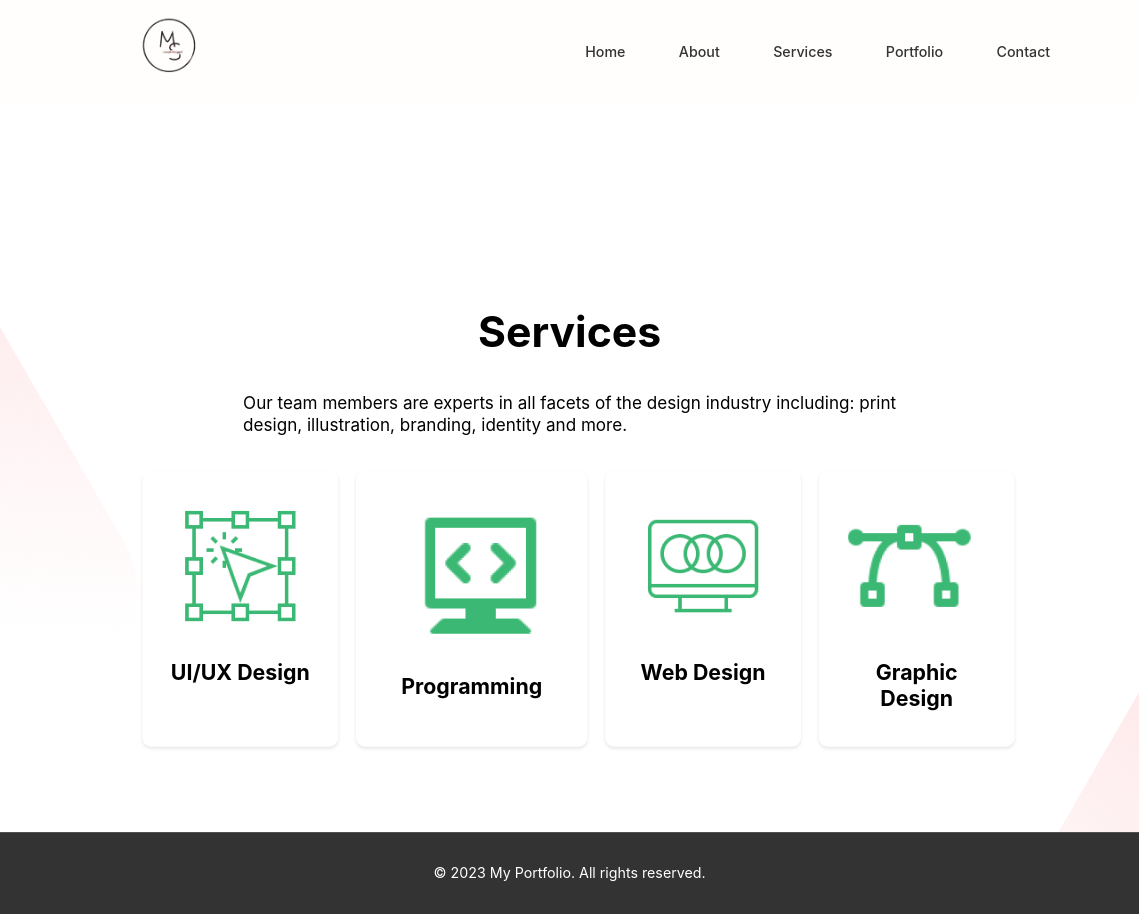
Repository: MEROO1010/Portfolio_00
Page: /services (app in portfolio_00/)
An editor plug-in stored every save of this project. The page is shown before and after the next save, followed by the edit.
The browser window is 1280 px wide. The pictures show the whole page, at 89% of full size.
The project was rebuilt for these pictures with package versions that can differ from the ones it lists, and the page was loaded fresh each time. Also part of the build but not shown: portfolio_00/src/components/Home.jsx, portfolio_00/src/components/About.jsx, portfolio_00/src/components/Portfolio.jsx, portfolio_00/src/components/Contact.jsx.

Above is the page before, as saved 2024-11-18 13:05:30.

### portfolio_00/src/App.jsx
import React from 'react';
import { BrowserRouter, Route, Routes } from 'react-router-dom';
import Header from './components/Header';
import Home from './components/Home';
import About from './components/About';
import Services from './components/Services';
import Portfolio from './components/Portfolio';
import Contact from './components/Contact';
import Footer from './components/Footer';
// import GlobalStyle from './styles/global';

const App = () => {
  return (
    <BrowserRouter>
    <Header />
    <Routes>
      <Route path="/"  element={<Home />} />
      <Route path="/about"  element={<About />} />
      <Route path="/services" element={<Services  />} />

      <Route path="/portfolio" element={<Portfolio />} />
      <Route path="/contact" element={<Contact />} />
    </Routes>

    <Footer />
  </BrowserRouter>
  );
};

export default App;

### portfolio_00/src/features/counter/counterSlice.js
import { createAsyncThunk, createSlice } from '@reduxjs/toolkit';
import { fetchCount } from './counterAPI';

const initialState = {
  value: 0,
  status: 'idle',
};

// The function below is called a thunk and allows us to perform async logic. It
// can be dispatched like a regular action: `dispatch(incrementAsync(10))`. This
// will call the thunk with the `dispatch` function as the first argument. Async
// code can then be executed and other actions can be dispatched. Thunks are
// typically used to make async requests.
export const incrementAsync = createAsyncThunk(
  'counter/fetchCount',
  async (amount) => {
    const response = await fetchCount(amount);
    // The value we return becomes the `fulfilled` action payload
    return response.data;
  }
);

export const counterSlice = createSlice({
  name: 'counter',
  initialState,
  // The `reducers` field lets us define reducers and generate associated actions
  reducers: {
    increment: (state) => {
      // Redux Toolkit allows us to write "mutating" logic in reducers. It
      // doesn't actually mutate the state because it uses the Immer library,
      // which detects changes to a "draft state" and produces a brand new
      // immutable state based off those changes
      state.value += 1;
    },
    decrement: (state) => {
      state.value -= 1;
    },
    // Use the PayloadAction type to declare the contents of `action.payload`
    incrementByAmount: (state, action) => {
      state.value += action.payload;
    },
  },
  // The `extraReducers` field lets the slice handle actions defined elsewhere,
  // including actions generated by createAsyncThunk or in other slices.
  extraReducers: (builder) => {
    builder
      .addCase(incrementAsync.pending, (state) => {
        state.status = 'loading';
      })
      .addCase(incrementAsync.fulfilled, (state, action) => {
        state.status = 'idle';
        state.value += action.payload;
      });
  },
});

export const { increment, decrement, incrementByAmount } = counterSlice.actions;

// The function below is called a selector and allows us to select a value from
// the state. Selectors can also be defined inline where they're used instead of
// in the slice file. For example: `useSelector((state: RootState) => state.counter.value)`
export const selectCount = (state) => state.counter.value;

// We can also write thunks by hand, which may contain both sync and async logic.
// Here's an example of conditionally dispatching actions based on current state.
export const incrementIfOdd = (amount) => (dispatch, getState) => {
  const currentValue = selectCount(getState());
  if (currentValue % 2 === 1) {
    dispatch(incrementByAmount(amount));
  }
};

export default counterSlice.reducer;

### portfolio_00/src/components/Header.jsx
import React from 'react';
import styled from 'styled-components';
import { Link } from 'react-router-dom';
import ImageLogo from '../assets/white_logo.png';

const HeaderContainer = styled.header`
  background-color: #FFFEFD;
  padding: 10px 100px;
  display: flex;
  justify-content: space-between;
  align-items: center;
`;

const Logo = styled.h1`
  margin:4px;
  padding-left:40px;
`;

const NavLinks = styled .nav`
  display: flex;
  gap: 60px;
`;

const NavLink = styled(Link)`
  text-decoration: none;
  color: #333;
  font-weight: 500;

  &:hover {
    color: #3BB873;
  }
`;

const Header = () => {
  return (
    <HeaderContainer>
      <Logo><img src={ImageLogo} alt="Description of image" /></Logo>
      <NavLinks>
        <NavLink to="/">Home</NavLink>
        <NavLink to="/about">About</NavLink>
        <NavLink to="/services">Services</NavLink>
        <NavLink to="/portfolio">Portfolio</NavLink>
        <NavLink to="/contact">Contact</NavLink>
      </NavLinks>
    </HeaderContainer>
  );
};

export default Header;

### portfolio_00/src/components/Services.jsx
import React from "react";
import styled from "styled-components";
import UI_UX from "../assets/UI_UX.png";
import programming from "../assets/Programming.png";
import webdesign from "../assets/web_design.png";
import graphic_design from "../assets/graphic_design.png";
import bg3 from "../assets/background3.png";

const Container = styled.div`
  display: flex;
  justify-content: center;
  align-items: center;
  flex-direction: column;
  margin-top: 100px;
  background-image: url(${bg3});
  background-position: center;
  background-size:cover;
  height: 100vh;
`;

const Title = styled.h1`
  font-size: 3rem;
  font-weight: bold;
  margin-bottom: 20px;
`;

const Subtitle = styled.p`
  font-size: 1.2rem;
  margin-bottom: 40px;
`;

const ServicesContainer = styled.div`
  display: flex;
  justify-content: space-between;
  width: 80%;
  max-width: 1000px;
  margin: 0 auto;
`;

const ServiceCard = styled.div`
  background-color: white;
  border-radius: 10px;
  padding: 30px;
  box-shadow: 0 2px 4px rgba(0, 0, 0, 0.1);
  text-align: center;
  width: 200px;
  margin-left:20px;
`;



const ServiceTitle = styled.h3`
  font-size: 1.5rem;
  font-weight: bold;
  margin-bottom: 10px;
`;

const Services = () => {
  return (
    <Container>
      <Title>Services</Title>
      <Subtitle>
        Our team members are experts in all facets of the design industry
        including: print<br/> design, illustration, branding, identity and more.
      </Subtitle>
      <ServicesContainer>
        <ServiceCard>
          <img src={UI_UX} alt="" />
          <ServiceTitle>UI/UX Design</ServiceTitle>
        </ServiceCard>
        <ServiceCard>
          <img src={programming} alt="" />
          <ServiceTitle>Programming</ServiceTitle>
        </ServiceCard>
        <ServiceCard>
          <img src={webdesign} alt="" />
          <ServiceTitle>Web Design</ServiceTitle>
        </ServiceCard>
        <ServiceCard>
          <img src={graphic_design} alt="" />
          <ServiceTitle>Graphic Design</ServiceTitle>
        </ServiceCard>
      </ServicesContainer>
    </Container>
  );
};

export default Services;

### portfolio_00/src/components/Footer.jsx
import React from 'react';
import styled from 'styled-components';

const FooterContainer = styled.footer`
  padding: 20px;
  background-color: #333;
  color: white;
  text-align: center;
`;

const Footer = () => {
  return (
    <FooterContainer>
      <p>&copy; 2023 My Portfolio. All rights reserved.</p>
    </FooterContainer>
  );
};

export default Footer;

Loaded but not shown: portfolio_00/public/index.html (common file); portfolio_00/src/index.js (common file); portfolio_00/src/app/store.js (common file); portfolio_00/src/reportWebVitals.js (common file); portfolio_00/src/index.css (common file); portfolio_00/src/features/counter/counterAPI.js (common file)

After the next save:
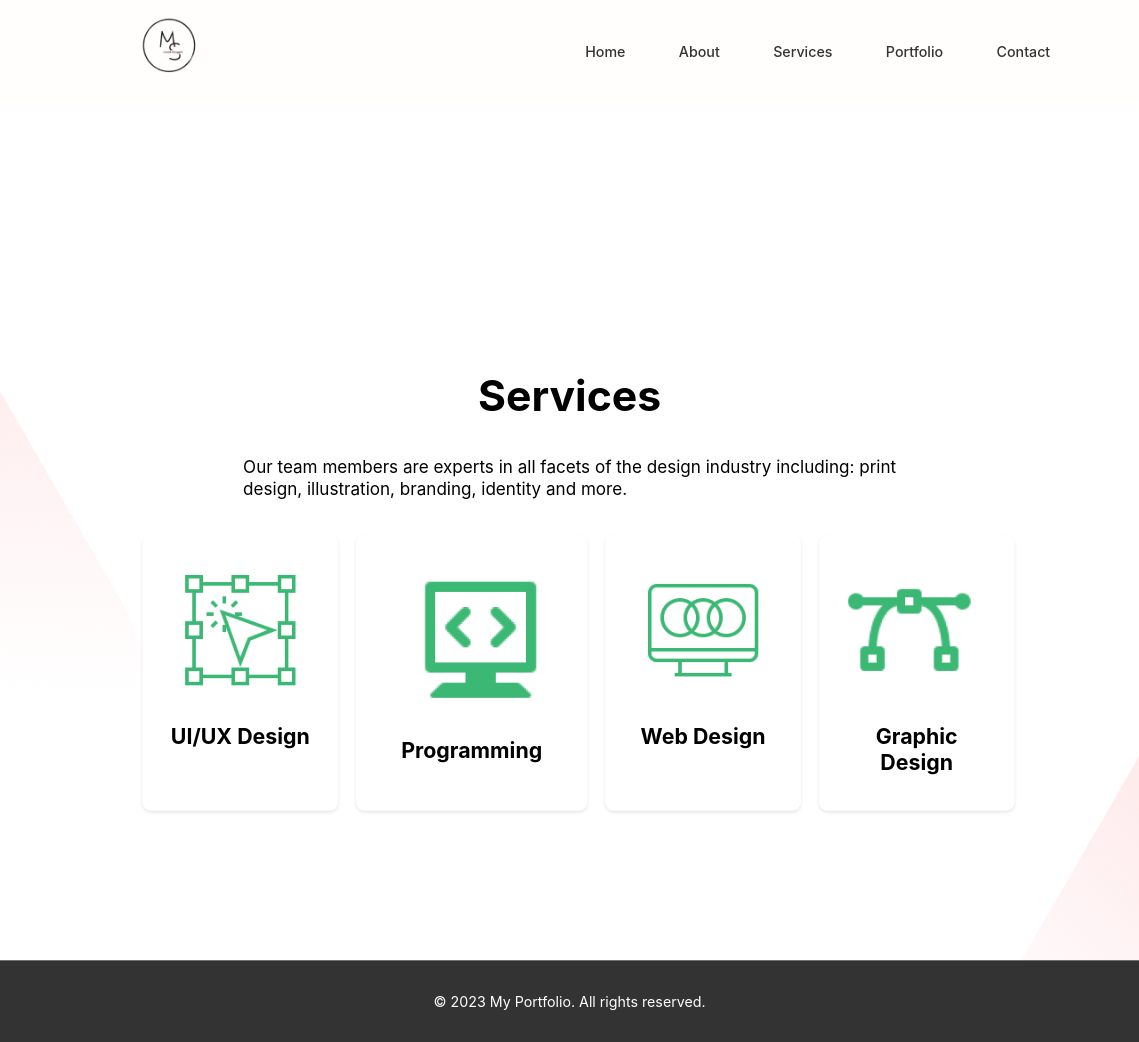
Saved 11 s later.
--- a/portfolio_00/src/components/Services.jsx
+++ b/portfolio_00/src/components/Services.jsx
@@ -15,7 +15,7 @@ const Container = styled.div`
   background-image: url(${bg3});
   background-position: center;
   background-size:cover;
-  height: 100vh;
+  height: 120vh;
 `;
 
 const Title = styled.h1`
